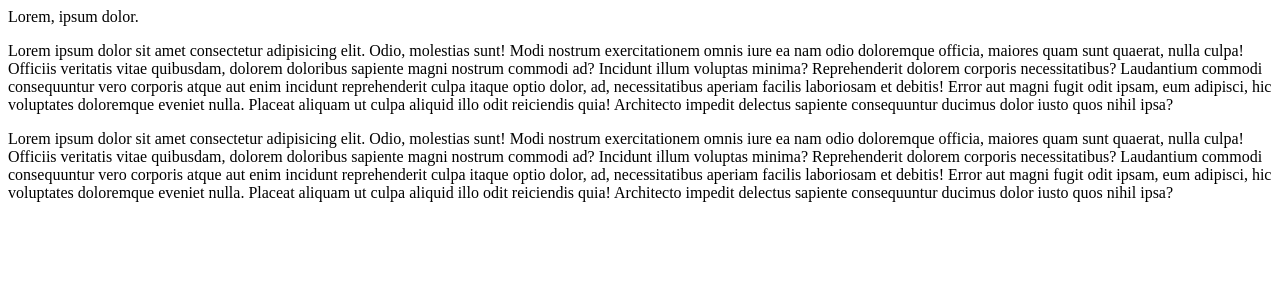
Repository: dinhhaidh/slider-book
Page: index.html
These files come from the project's save history. The page is drawn as it stood at one moment and after a run of saves; the edit follows.
The browser window is 1280 px wide. The pictures show the whole page.

Above is the page before, as saved 2024-01-15 09:12:40.

### index.html
<!DOCTYPE html>
<html lang="en">
<head>
    <meta charset="UTF-8">
    <meta name="viewport" content="width=device-width, initial-scale=1.0">
    <title>Document</title>
</head>
<body>
    <div class="content">
        <div class="content">
            <div class="title">Lorem, ipsum dolor.</div>
            <p>Lorem ipsum dolor sit amet consectetur adipisicing elit. Odio, molestias sunt! Modi nostrum exercitationem omnis iure ea nam odio doloremque officia, maiores quam sunt quaerat, nulla culpa! Officiis veritatis vitae quibusdam, dolorem doloribus sapiente magni nostrum commodi ad? Incidunt illum voluptas minima? Reprehenderit dolorem corporis necessitatibus? Laudantium commodi consequuntur vero corporis atque aut enim incidunt reprehenderit culpa itaque optio dolor, ad, necessitatibus aperiam facilis laboriosam et debitis! Error aut magni fugit odit ipsam, eum adipisci, hic voluptates doloremque eveniet nulla. Placeat aliquam ut culpa aliquid illo odit reiciendis quia! Architecto impedit delectus sapiente consequuntur ducimus dolor iusto quos nihil ipsa?</p>
            <p>Lorem ipsum dolor sit amet consectetur adipisicing elit. Odio, molestias sunt! Modi nostrum exercitationem omnis iure ea nam odio doloremque officia, maiores quam sunt quaerat, nulla culpa! Officiis veritatis vitae quibusdam, dolorem doloribus sapiente magni nostrum commodi ad? Incidunt illum voluptas minima? Reprehenderit dolorem corporis necessitatibus? Laudantium commodi consequuntur vero corporis atque aut enim incidunt reprehenderit culpa itaque optio dolor, ad, necessitatibus aperiam facilis laboriosam et debitis! Error aut magni fugit odit ipsam, eum adipisci, hic voluptates doloremque eveniet nulla. Placeat aliquam ut culpa aliquid illo odit reiciendis quia! Architecto impedit delectus sapiente consequuntur ducimus dolor iusto quos nihil ipsa?</p>
        </div>
    </div>
</body>
</html>

After the next 2 saves:
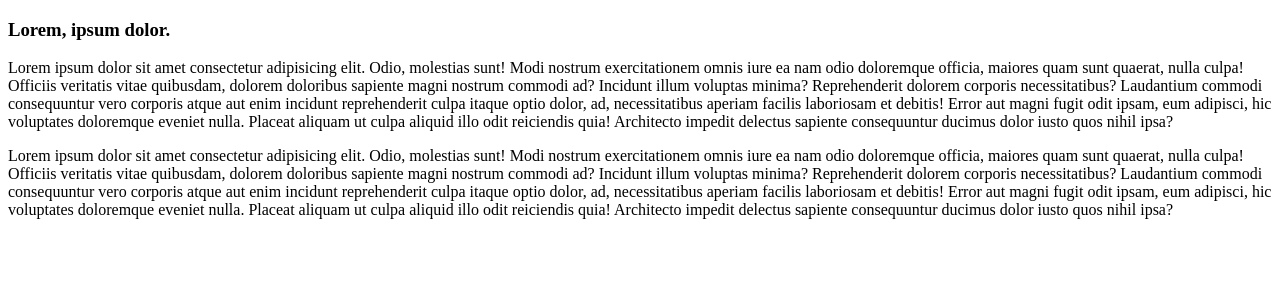
The 2 saves are shown as one change because they came seconds apart.
The last was saved 11 s later.
--- a/index.html
+++ b/index.html
@@ -8,7 +8,7 @@
 <body>
     <div class="content">
         <div class="content">
-            <div class="title">Lorem, ipsum dolor.</div>
+            <h3 class="title">Lorem, ipsum dolor.</h3>
             <p>Lorem ipsum dolor sit amet consectetur adipisicing elit. Odio, molestias sunt! Modi nostrum exercitationem omnis iure ea nam odio doloremque officia, maiores quam sunt quaerat, nulla culpa! Officiis veritatis vitae quibusdam, dolorem doloribus sapiente magni nostrum commodi ad? Incidunt illum voluptas minima? Reprehenderit dolorem corporis necessitatibus? Laudantium commodi consequuntur vero corporis atque aut enim incidunt reprehenderit culpa itaque optio dolor, ad, necessitatibus aperiam facilis laboriosam et debitis! Error aut magni fugit odit ipsam, eum adipisci, hic voluptates doloremque eveniet nulla. Placeat aliquam ut culpa aliquid illo odit reiciendis quia! Architecto impedit delectus sapiente consequuntur ducimus dolor iusto quos nihil ipsa?</p>
             <p>Lorem ipsum dolor sit amet consectetur adipisicing elit. Odio, molestias sunt! Modi nostrum exercitationem omnis iure ea nam odio doloremque officia, maiores quam sunt quaerat, nulla culpa! Officiis veritatis vitae quibusdam, dolorem doloribus sapiente magni nostrum commodi ad? Incidunt illum voluptas minima? Reprehenderit dolorem corporis necessitatibus? Laudantium commodi consequuntur vero corporis atque aut enim incidunt reprehenderit culpa itaque optio dolor, ad, necessitatibus aperiam facilis laboriosam et debitis! Error aut magni fugit odit ipsam, eum adipisci, hic voluptates doloremque eveniet nulla. Placeat aliquam ut culpa aliquid illo odit reiciendis quia! Architecto impedit delectus sapiente consequuntur ducimus dolor iusto quos nihil ipsa?</p>
         </div>
